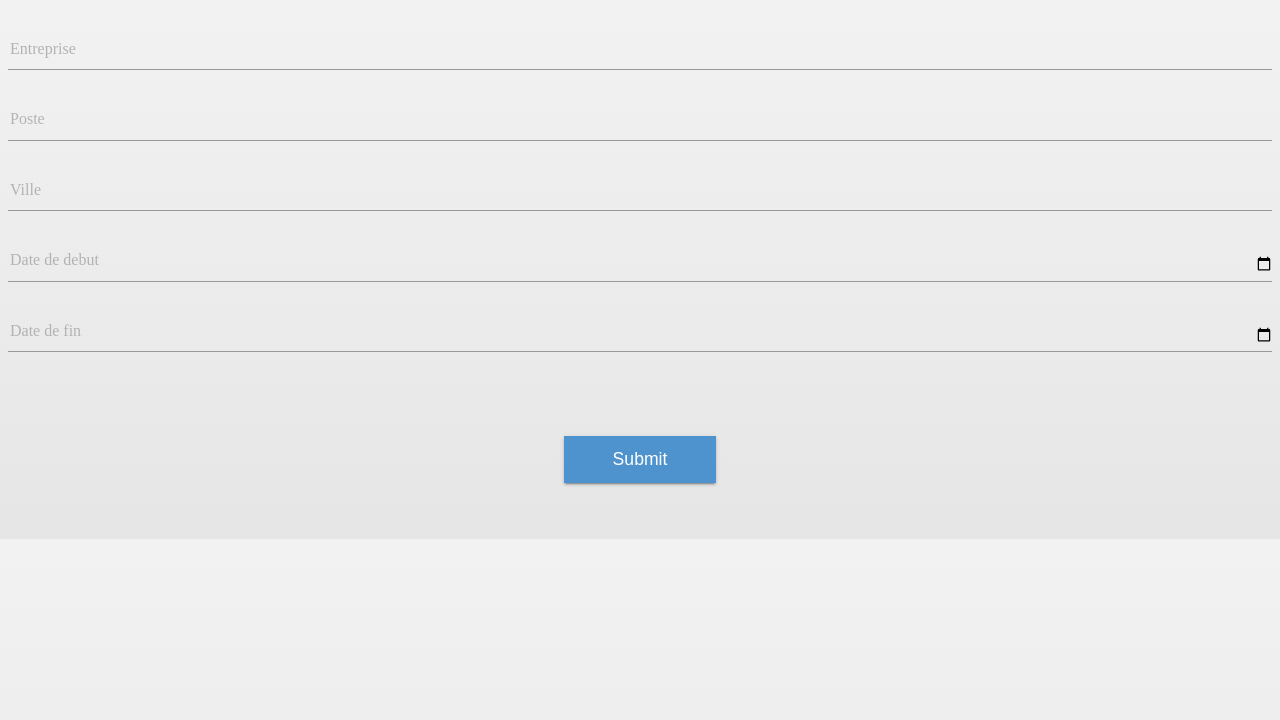
Repository: moAllElite/Examen-EJB-WEB-EAR
Page: http://localhost/SearchJobsWeb/views/resume/popup.jsp
An editor plug-in stored every save of this project. The page is shown before and after the next save, followed by the edit.
The browser window is 1280 px wide. The pictures show the whole page.
Some web libraries are served in a nearby version. The page is served by Tomcat 9. Nobody is signed in. The application's start-up code is not run. Other server files are loaded and not shown.

Above is the page before, as saved 2023-03-28 15:31:22.

### SearchJobsWeb/src/main/webapp/views/resume/popup.jsp
<%@ page language="java" contentType="text/html; charset=ISO-8859-1"
    pageEncoding="ISO-8859-1"%>
<!DOCTYPE html>
	<html>
	<head>
	<meta charset="ISO-8859-1">
	<title>Insert title here</title>

	</head>
		<body>
				  <div class="form-group">
							      <input type="text" required="required" name="societe"/>
							      <label for="input" class="control-label" >Entreprise</label><i class="bar"></i>
							    </div>
							      <div class="form-group">
							      <input required="required" name="poste"></input>
							      <label for="textfield1" class="control-label" >Poste</label><i class="bar"></i>
							    </div>
							    <div class="form-group">
							      <input required="required" name="ville"></input>
							      <label for="textfield1" class="control-label" >Ville</label><i class="bar"></i>
							    </div>
							     <div class="form-group">
							      <input type="month" required="required" name="datedb"/>
							      <label for="input" class="control-label">Date de debut</label><i class="bar"></i>
							    </div>
							    <div class="form-group">
							      <input required="required" type="month" name="datefn"></input>
							      <label for="textfield1" class="control-label">Date de fin</label><i class="bar"></i>
							    </div>
								    <div class="button-container">
								  		  <button type="submit" class="button" ><span>Submit</span></button>
								  </div>
				<style>
					input::after,
					input::before,
					select::after,
					select::before,
					textarea::after,
					textarea::before,
					body *::after,
					body *::before {
					  box-sizing: border-box;
					}

					body {
					  background-image: -webkit-linear-gradient(top, #f2f2f2, #e6e6e6);
					  background-image: linear-gradient(top, #f2f2f2, #e6e6e6);
					}

					h1 {
					  font-size: 2rem;
					  text-align: center;
					  margin: 0 0 2em;
					}

					.container {
					  position: relative;
					  max-width: 40rem;
					  margin: 5rem auto;
					  background: #fff;
					  width: 100%;
					  padding: 3rem 5rem 0;
					  border-radius: 1px;
					}
					.container::before {
					  content: '';
					  position: absolute;
					  top: 0;
					  left: 0;
					  right: 0;
					  bottom: 0;
					  box-shadow: 0 8px 10px 1px rgba(0, 0, 0, 0.14), 0 3px 14px 2px rgba(0, 0, 0, 0.12), 0 5px 5px -3px rgba(0, 0, 0, 0.2);
					  -webkit-transform: scale(0.98);
					          transform: scale(0.98);
					  -webkit-transition: -webkit-transform 0.28s ease-in-out;
					  transition: -webkit-transform 0.28s ease-in-out;
					  transition: transform 0.28s ease-in-out;
					  transition: transform 0.28s ease-in-out, -webkit-transform 0.28s ease-in-out;
					  z-index: -1;
					}
					.container:hover::before {
					  -webkit-transform: scale(1);
					          transform: scale(1);
					}

					.button-container {
					  text-align: center;
					}

					fieldset {
					  margin: 0 0 3rem;
					  padding: 0;
					  border: none;
					}

					.form-radio,
					.form-group {
					  position: relative;
					  margin-top: 2.25rem;
					  margin-bottom: 2.25rem;
					}

					.form-inline > .form-group,
					.form-inline > .btn {
					  display: inline-block;
					  margin-bottom: 0;
					}

					.form-help {
					  margin-top: 0.125rem;
					  margin-left: 0.125rem;
					  color: #b3b3b3;
					  font-size: 0.8rem;
					}
					.checkbox .form-help, .form-radio .form-help, .form-group .form-help {
					  position: absolute;
					  width: 100%;
					}
					.checkbox .form-help {
					  position: relative;
					  margin-bottom: 1rem;
					}
					.form-radio .form-help {
					  padding-top: 0.25rem;
					  margin-top: -1rem;
					}

					.form-group input {
					  height: 1.9rem;
					}
					.form-group textarea {
					  resize: none;
					}
					.form-group select {
					  width: 100%;
					  font-size: 1rem;
					  height: 1.6rem;
					  padding: 0.125rem 0.125rem 0.0625rem;
					  background: none;
					  border: none;
					  line-height: 1.6;
					  box-shadow: none;
					}
					.form-group .control-label {
					  position: absolute;
					  top: 0.25rem;
					  pointer-events: none;
					  padding-left: 0.125rem;
					  z-index: 1;
					  color: #b3b3b3;
					  font-size: 1rem;
					  font-weight: normal;
					  -webkit-transition: all 0.28s ease;
					  transition: all 0.28s ease;
					}
					.form-group .bar {
					  position: relative;
					  border-bottom: 0.0625rem solid #999;
					  display: block;
					}
					.form-group .bar::before {
					  content: '';
					  height: 0.125rem;
					  width: 0;
					  left: 50%;
					  bottom: -0.0625rem;
					  position: absolute;
					  background: #337ab7;
					  -webkit-transition: left 0.28s ease, width 0.28s ease;
					  transition: left 0.28s ease, width 0.28s ease;
					  z-index: 2;
					}
					.form-group input,
					.form-group textarea {
					  display: block;
					  background: none;
					  padding: 0.125rem 0.125rem 0.0625rem;
					  font-size: 1rem;
					  border-width: 0;
					  border-color: transparent;
					  line-height: 1.9;
					  width: 100%;
					  color: transparent;
					  -webkit-transition: all 0.28s ease;
					  transition: all 0.28s ease;
					  box-shadow: none;
					}
					.form-group input[type="file"] {
					  line-height: 1;
					}
					.form-group input[type="file"] ~ .bar {
					  display: none;
					}
					.form-group select,
					.form-group input:focus,
					.form-group input:valid,
					.form-group input.form-file,
					.form-group input.has-value,
					.form-group textarea:focus,
					.form-group textarea:valid,
					.form-group textarea.form-file,
					.form-group textarea.has-value {
					  color: #333;
					}
					.form-group select ~ .control-label,
					.form-group input:focus ~ .control-label,
					.form-group input:valid ~ .control-label,
					.form-group input.form-file ~ .control-label,
					.form-group input.has-value ~ .control-label,
					.form-group textarea:focus ~ .control-label,
					.form-group textarea:valid ~ .control-label,
					.form-group textarea.form-file ~ .control-label,
					.form-group textarea.has-value ~ .control-label {
					  font-size: 0.8rem;
					  color: gray;
					  top: -1rem;
					  left: 0;
					}
					.form-group select:focus,
					.form-group input:focus,
					.form-group textarea:focus {
					  outline: none;
					}
					.form-group select:focus ~ .control-label,
					.form-group input:focus ~ .control-label,
					.form-group textarea:focus ~ .control-label {
					  color: #337ab7;
					}
					.form-group select:focus ~ .bar::before,
					.form-group input:focus ~ .bar::before,
					.form-group textarea:focus ~ .bar::before {
					  width: 100%;
					  left: 0;
					}

					.checkbox label,
					.form-radio label {
					  position: relative;
					  cursor: pointer;
					  padding-left: 2rem;
					  text-align: left;
					  color: #333;
					  display: block;
					}
					.checkbox input,
					.form-radio input {
					  width: auto;
					  opacity: 0.00000001;
					  position: absolute;
					  left: 0;
					}

					.radio {
					  margin-bottom: 1rem;
					}
					.radio .helper {
					  position: absolute;
					  top: -0.25rem;
					  left: -0.25rem;
					  cursor: pointer;
					  display: block;
					  font-size: 1rem;
					  -webkit-user-select: none;
					     -moz-user-select: none;
					      -ms-user-select: none;
					          user-select: none;
					  color: #999;
					}
					.radio .helper::before, .radio .helper::after {
					  content: '';
					  position: absolute;
					  left: 0;
					  top: 0;
					  margin: 0.25rem;
					  width: 1rem;
					  height: 1rem;
					  -webkit-transition: -webkit-transform 0.28s ease;
					  transition: -webkit-transform 0.28s ease;
					  transition: transform 0.28s ease;
					  transition: transform 0.28s ease, -webkit-transform 0.28s ease;
					  border-radius: 50%;
					  border: 0.125rem solid currentColor;
					}
					.radio .helper::after {
					  -webkit-transform: scale(0);
					          transform: scale(0);
					  background-color: #337ab7;
					  border-color: #337ab7;
					}
					.radio label:hover .helper {
					  color: #337ab7;
					}
					.radio input:checked ~ .helper::after {
					  -webkit-transform: scale(0.5);
					          transform: scale(0.5);
					}
					.radio input:checked ~ .helper::before {
					  color: #337ab7;
					}

					.checkbox {
					  margin-top: 3rem;
					  margin-bottom: 1rem;
					}
					.checkbox .helper {
					  color: #999;
					  position: absolute;
					  top: 0;
					  left: 0;
					  width: 1rem;
					  height: 1rem;
					  z-index: 0;
					  border: 0.125rem solid currentColor;
					  border-radius: 0.0625rem;
					  -webkit-transition: border-color 0.28s ease;
					  transition: border-color 0.28s ease;
					}
					.checkbox .helper::before, .checkbox .helper::after {
					  position: absolute;
					  height: 0;
					  width: 0.2rem;
					  background-color: #337ab7;
					  display: block;
					  -webkit-transform-origin: left top;
					          transform-origin: left top;
					  border-radius: 0.25rem;
					  content: '';
					  -webkit-transition: opacity 0.28s ease, height 0s linear 0.28s;
					  transition: opacity 0.28s ease, height 0s linear 0.28s;
					  opacity: 0;
					}
					.checkbox .helper::before {
					  top: 0.65rem;
					  left: 0.38rem;
					  -webkit-transform: rotate(-135deg);
					          transform: rotate(-135deg);
					  box-shadow: 0 0 0 0.0625rem #fff;
					}
					.checkbox .helper::after {
					  top: 0.3rem;
					  left: 0;
					  -webkit-transform: rotate(-45deg);
					          transform: rotate(-45deg);
					}
					.checkbox label:hover .helper {
					  color: #337ab7;
					}
					.checkbox input:checked ~ .helper {
					  color: #337ab7;
					}
					.checkbox input:checked ~ .helper::after, .checkbox input:checked ~ .helper::before {
					  opacity: 1;
					  -webkit-transition: height 0.28s ease;
					  transition: height 0.28s ease;
					}
					.checkbox input:checked ~ .helper::after {
					  height: 0.5rem;
					}
					.checkbox input:checked ~ .helper::before {
					  height: 1.2rem;
					  -webkit-transition-delay: 0.28s;
					          transition-delay: 0.28s;
					}

					.radio + .radio,
					.checkbox + .checkbox {
					  margin-top: 1rem;
					}

					.has-error .legend.legend, .has-error.form-group .control-label.control-label {
					  color: #d9534f;
					}
					.has-error.form-group .form-help,
					.has-error.form-group .helper, .has-error.checkbox .form-help,
					.has-error.checkbox .helper, .has-error.radio .form-help,
					.has-error.radio .helper, .has-error.form-radio .form-help,
					.has-error.form-radio .helper {
					  color: #d9534f;
					}
					.has-error .bar::before {
					  background: #d9534f;
					  left: 0;
					  width: 100%;
					}

					.button {
					  position: relative;
					  background: currentColor;
					  border: 1px solid currentColor;
					  font-size: 1.1rem;
					  color: #4f93ce;
					  margin: 3rem 0;
					  padding: 0.75rem 3rem;
					  cursor: pointer;
					  -webkit-transition: background-color 0.28s ease, color 0.28s ease, box-shadow 0.28s ease;
					  transition: background-color 0.28s ease, color 0.28s ease, box-shadow 0.28s ease;
					  overflow: hidden;
					  box-shadow: 0 2px 2px 0 rgba(0, 0, 0, 0.14), 0 3px 1px -2px rgba(0, 0, 0, 0.2), 0 1px 5px 0 rgba(0, 0, 0, 0.12);
					}
					.button span {
					  color: #fff;
					  position: relative;
					  z-index: 1;
					}
					.button::before {
					  content: '';
					  position: absolute;
					  background: #071017;
					  border: 50vh solid #1d4567;
					  width: 30vh;
					  height: 30vh;
					  border-radius: 50%;
					  display: block;
					  top: 50%;
					  left: 50%;
					  z-index: 0;
					  opacity: 1;
					  -webkit-transform: translate(-50%, -50%) scale(0);
					          transform: translate(-50%, -50%) scale(0);
					}
					.button:hover {
					  color: #337ab7;
					  box-shadow: 0 6px 10px 0 rgba(0, 0, 0, 0.14), 0 1px 18px 0 rgba(0, 0, 0, 0.12), 0 3px 5px -1px rgba(0, 0, 0, 0.2);
					}
					.button:active::before, .button:focus::before {
					  -webkit-transition: opacity 0.28s ease 0.364s, -webkit-transform 1.12s ease;
					  transition: opacity 0.28s ease 0.364s, -webkit-transform 1.12s ease;
					  transition: transform 1.12s ease, opacity 0.28s ease 0.364s;
					  transition: transform 1.12s ease, opacity 0.28s ease 0.364s, -webkit-transform 1.12s ease;
					  -webkit-transform: translate(-50%, -50%) scale(1);
					          transform: translate(-50%, -50%) scale(1);
					  opacity: 0;
					}
					.button:focus {
					  outline: none;
					}


				</style>
				<script type="text/javascript" src="https://cdnjs.cloudflare.com/ajax/libs/jquery/2.1.3/jquery.min.js"></script>

		</body>
	</html>

After the next save:
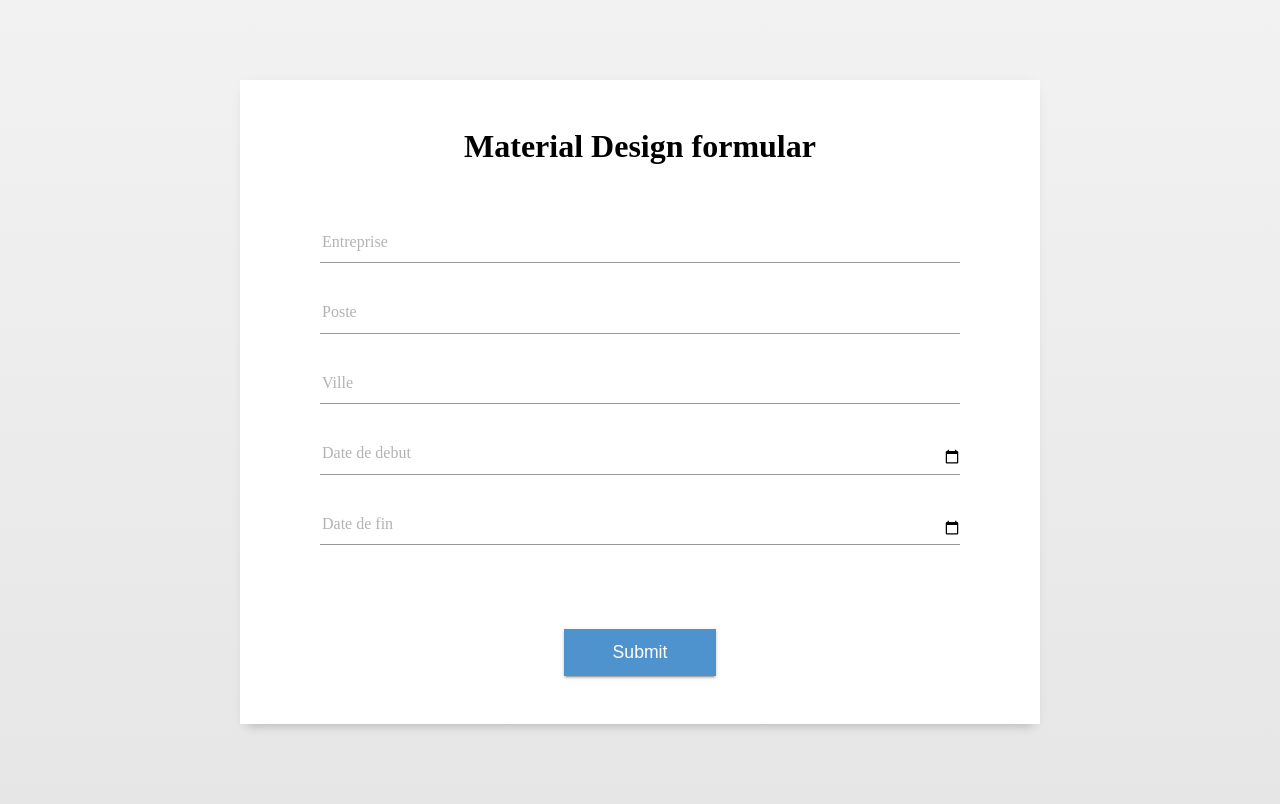
Saved 47 s later.
--- a/SearchJobsWeb/src/main/webapp/views/resume/popup.jsp
+++ b/SearchJobsWeb/src/main/webapp/views/resume/popup.jsp
@@ -8,6 +8,8 @@
 
 	</head>
 		<body>
+			<div class="container">
+				  <h1>Material Design formular</h1>
 				  <div class="form-group">
 							      <input type="text" required="required" name="societe"/>
 							      <label for="input" class="control-label" >Entreprise</label><i class="bar"></i>
@@ -31,6 +33,8 @@
 								    <div class="button-container">
 								  		  <button type="submit" class="button" ><span>Submit</span></button>
 								  </div>
+
+				</div>
 				<style>
 					input::after,
 					input::before,
